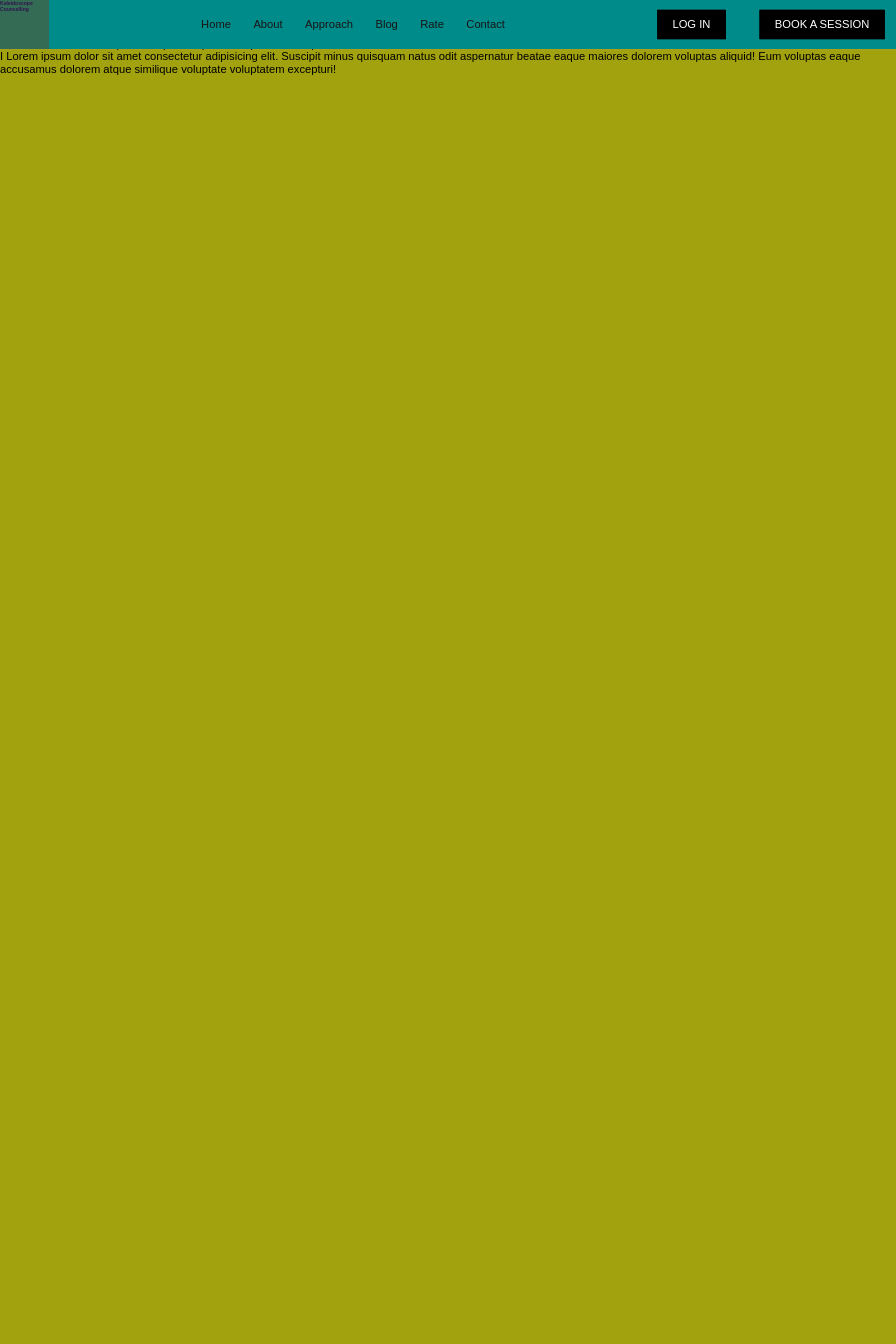
Repository: voutadi/ava-website
Page: index.html
The author's editor kept a copy of each file at every save. The page is drawn from the files as they stood at one save, then again after a run of saves.
The browser window is 1280 px wide. The pictures show the part of the page from y = 0 to 1920 px (the page is 3000 px tall), at 70% of full size.

Above is the page before, as saved 2024-11-24 22:44:19.

### index.html
<!DOCTYPE html>
<html lang="en">
  <head>
    <meta charset="UTF-8" />
    <meta name="viewport" content="width=device-width, initial-scale=1.0" />
    <link rel="stylesheet" href="styles/style.css" />

    <title>Kaleidoscope Counselling</title>
  </head>
  <body>
    <div class="header">
      <div class="logo-container">
        <div class="logo">
          Kaleidoscope <br />
          Counselling
        </div>
      </div>
      <div class="navbar">
        <ul>
          <li><a href="#home">Home</a></li>
          <li>
            <a
              href="https://www.psychologytoday.com/ca/therapists/ava-outadi-port-moody-bc/1111563"
              target="_blank"
              >About</a
            >
          </li>
          <li><a href="#approach">Approach</a></li>
          <li><a href="#blog">Blog</a></li>
          <li><a href="#rate">Rate</a></li>
          <li><a href="#contact">Contact</a></li>
        </ul>
      </div>
      <div class="appointment">
        <button class="login">LOG IN</button>
        <button class="book-session">BOOK A SESSION</button>
      </div>
    </div>

    <p>
      I Lorem ipsum dolor sit amet consectetur adipisicing elit. Suscipit minus
      quisquam natus odit aspernatur beatae eaque maiores dolorem voluptas
      aliquid! Eum voluptas eaque accusamus dolorem atque similique voluptate
      voluptatem excepturi!
    </p>
    <p>
      I Lorem ipsum dolor sit amet consectetur adipisicing elit. Suscipit minus
      quisquam natus odit aspernatur beatae eaque maiores dolorem voluptas
      aliquid! Eum voluptas eaque accusamus dolorem atque similique voluptate
      voluptatem excepturi!
    </p>
    <p>
      I Lorem ipsum dolor sit amet consectetur adipisicing elit. Suscipit minus
      quisquam natus odit aspernatur beatae eaque maiores dolorem voluptas
      aliquid! Eum voluptas eaque accusamus dolorem atque similique voluptate
      voluptatem excepturi!
    </p>
  </body>
</html>

### styles/style.css
* {
  margin: 0;
  padding: 0;
  box-sizing: border-box;
}
body {
  background-color: rgb(162, 162, 15);

  height: 3000px;
  font-family: Arial, Helvetica, sans-serif;
  font-size: 1rem;
}
.header {
  max-width: 100%; /*Make sure Take all of her parent element(body)on all different devices .*/
  height: 70px;
  position: fixed;
  top: 0;
  left: 0;
  right: 0;
  background-color: rgb(0,139,139);

  display: flex;
  justify-content: space-between;
  align-items: center;

  box-shadow: 0 2px 4px rgba(243, 172, 172, 0.15); /* Adds a subtle shadow for depth, optional */
}
.logo-container {
  width: 70px; /* Put condition for smaller or biger divice*/

  background-color: rgb(51, 107, 85);
  height: 70px;
}
.logo {
  color: rgb(50, 21, 77);
  font-size: 0.45rem;
  font-weight: bold;
}

.navbar ul {
  display: flex;
  flex: 1;
  justify-content: center;
  list-style-type: none;
  flex-wrap: wrap;
}
.navbar li {
  display: flex;
  justify-content: center;
  margin: 1rem;
}
.navbar a {
  font-size: 1rem;
  color: rgb(25, 20, 20);
  font-weight: 500;

  text-decoration: none;
}
.navbar a:hover {
  background-color: rgb(192, 175, 175);
  padding: 2px 4px;
  border-radius: 6px;
  transition: 0.15s;
}

.navbar a:active {
  background-color: rgb(176, 163, 163);
}
.appointment{
  display: flex;
  flex-direction: row;
}
.login{
  background-color: black;
  color: rgb(255, 255, 255);
  font-size: 1rem;
  padding: 10px 20px;
  margin-right: 1rem;
  border-width: 2px;
  border-style: solid;

  cursor: pointer;

}

.book-session {

  background-color: black;
  color: rgb(255, 255, 255);
  font-size: 1rem;
  padding: 10px 20px;
  margin-right: 1rem;
  margin-left: 2rem;
  border-width: 2px;
  border-style: solid;

  cursor: pointer;
}

After the next 7 saves:
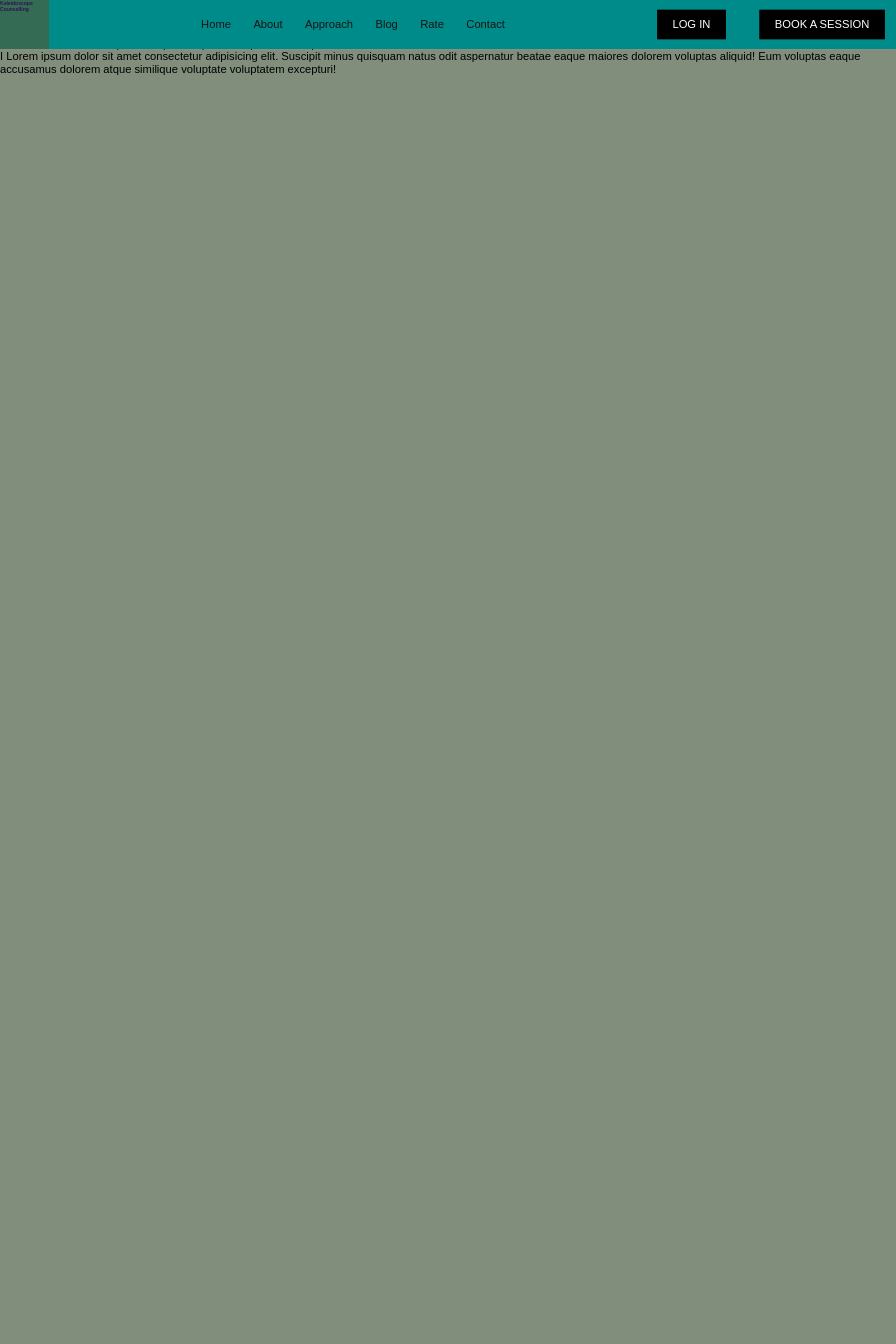
The 7 saves are shown as one change because they came seconds apart.
The last was saved 44 s later.
--- a/styles/style.css
+++ b/styles/style.css
@@ -4,7 +4,7 @@
   box-sizing: border-box;
 }
 body {
-  background-color: rgb(162, 162, 15);
+  background-color: rgb(129, 142, 124);
 
   height: 3000px;
   font-family: Arial, Helvetica, sans-serif;
